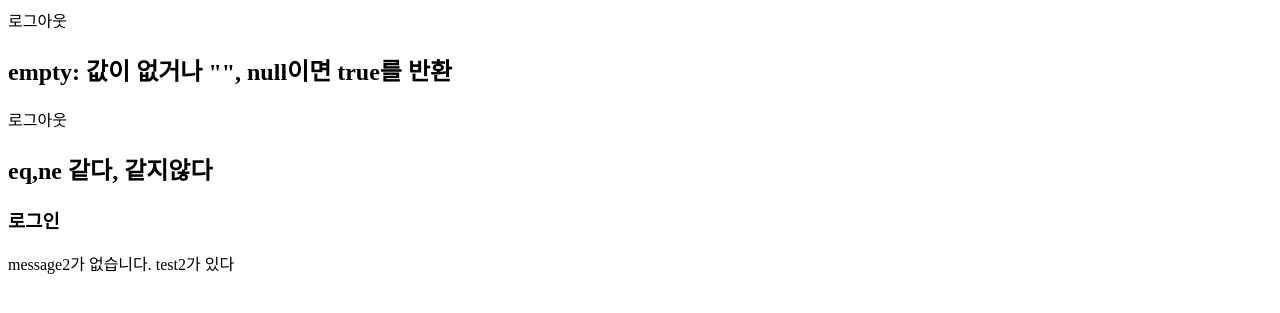
Repository: nobley3/EclipseIDE
Page: http://localhost/ELprj0908/jstl4
An editor plug-in stored every save of this project. The page is shown before and after a run of saves, followed by the edit.
The browser window is 1280 px wide. The pictures show the whole page.
The page is served by Tomcat 9. Other server files are loaded and not shown.

Above is the page before, as saved 2023-09-08 03:24:45.

### ELprj0908/src/main/webapp/WEB-INF/views/jstl4.jsp
<%@ page language="java" contentType="text/html; charset=UTF-8"
	pageEncoding="UTF-8"%>
<%@ taglib uri="http://java.sun.com/jsp/jstl/core" prefix="c"%>
<!DOCTYPE html>
<html>
<head>
<meta charset="UTF-8">
<title>Insert title here</title>
</head>
<body>
	<%
	String id = (String) session.getAttribute("id");
	if (id != null) {
	%>
	로그아웃
	<%
	} else {
	%>
	로그인
	<%
	}
	%>

	<h2>empty: 값이 없거나 "", null이면 true를 반환</h2>
	<c:if test="${empty id}"> 로그인 </c:if>
	<c:if test="${not empty id}"> 로그아웃 </c:if>

	<h2>eq,ne 같다, 같지않다</h2>
	<c:set var="message" value="비로그인"></c:set>

	<c:if test="${message eq '비로그인'}">
		<h3>로그인</h3>
	</c:if>




	<c:if test="${message ne '비로그인'}">
		<h3>로그아웃</h3>
	</c:if>

	<c:if test="${empty message}">
	message가 없습니다.
	</c:if>

	<c:if test="${empty message2}">
	message2가 없습니다.
	</c:if>

	<c:set var="loginout" value="${empty id? 'login':'logout' }"></c:set>

	 <c:set var="test2" value="acorn2"/>
	<c:set var="result" value="${empty test2 ?'test2가 없다':'test2가 있다'}"/>


	${result}

</body>
</html>

### ELprj0908/src/main/java/elprj/Jstl4.java
package elprj;

import java.io.IOException;

import javax.servlet.ServletException;
import javax.servlet.annotation.WebServlet;
import javax.servlet.http.HttpServlet;
import javax.servlet.http.HttpServletRequest;
import javax.servlet.http.HttpServletResponse;
import javax.servlet.http.HttpSession;
@WebServlet("/jstl4")
public class Jstl4 extends HttpServlet {
	@Override
	protected void doGet(HttpServletRequest req, HttpServletResponse resp) throws ServletException, IOException {

		HttpSession session = req.getSession();
		session.setAttribute("id", "acorn01");


		req.getRequestDispatcher("WEB-INF/views/jstl4.jsp").forward(req, resp);
	}
}

After the next 2 saves:
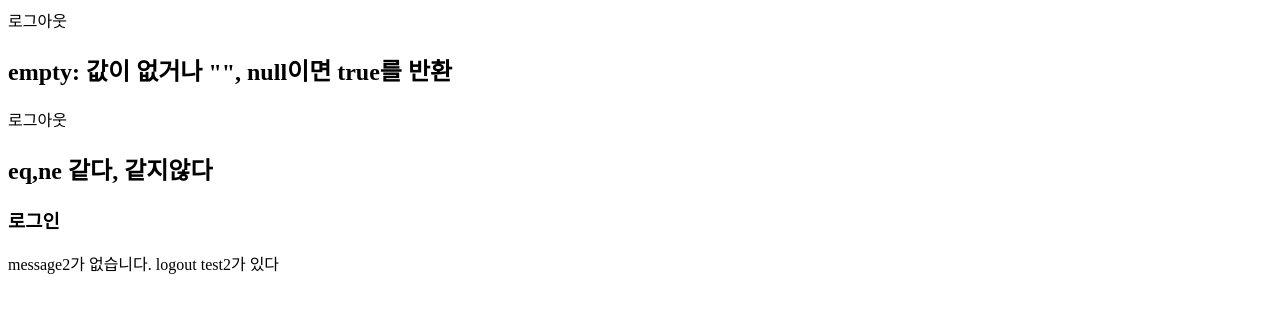
The 2 saves are shown as one change because 1 did not build or start.
The last was saved 62 s later.
--- a/ELprj0908/src/main/webapp/WEB-INF/views/jstl4.jsp
+++ b/ELprj0908/src/main/webapp/WEB-INF/views/jstl4.jsp
@@ -48,6 +48,7 @@
 	</c:if>
 
 	<c:set var="loginout" value="${empty id? 'login':'logout' }"></c:set>
+	${loginout}
 
 	 <c:set var="test2" value="acorn2"/>
 	<c:set var="result" value="${empty test2 ?'test2가 없다':'test2가 있다'}"/>
